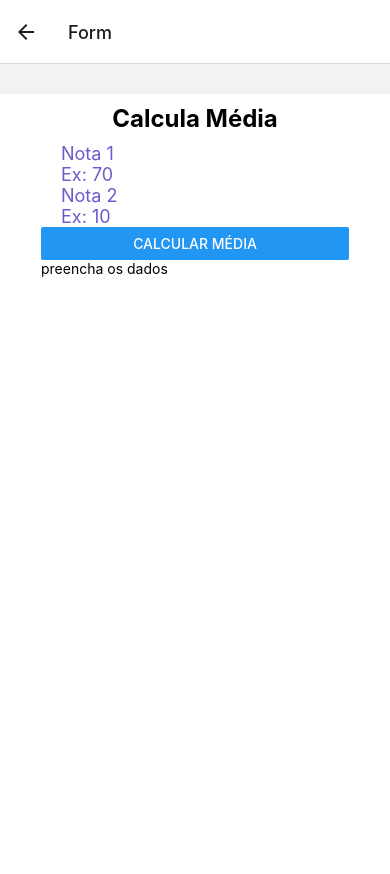
Repository: DS151-UFPR-2023/DS151_Israel-De-Quadros_EX4
Screen: /Form
An editor plug-in stored every save of this project. The screen is shown before and after the next save, followed by the edit.
The app was drawn by React Native's web renderer in a window 390 px wide. The project was rebuilt for these pictures with package versions that can differ from the ones it lists, and the page was loaded fresh each time. Also part of the build but not shown: src/components/main/index.js, src/components/novoComponente/index.js, src/components/counterScreen.js, src/components/ColorList.js.

Above is the screen before, as saved 2023-09-08 18:29:10.

After the next save:
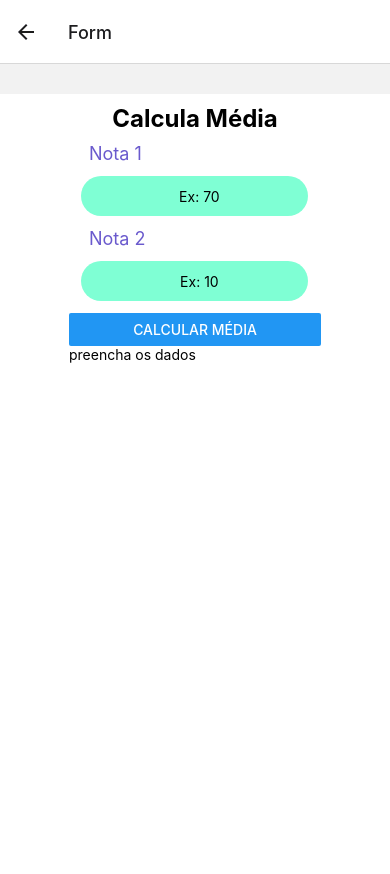
Saved 11 s later.
--- a/src/components/form/index.js
+++ b/src/components/form/index.js
@@ -36,9 +36,9 @@ export default function Form() {
             <Title/>
             <View>
                 <Text style={styles.formLabel}>Nota 1</Text>
-                <TextInput style={styles.formLabel} onChangeText={setmedia1} value={media1} placeholder="Ex: 70" keyboardType="numeric"></TextInput>
+                <TextInput style={styles.input} onChangeText={setmedia1} value={media1} placeholder="Ex: 70" keyboardType="numeric"></TextInput>
                 <Text style={styles.formLabel}>Nota 2</Text>
-                <TextInput style={styles.formLabel} onChangeText={setmedia2} value={media2}  placeholder="Ex: 10" keyboardType="numeric"></TextInput>
+                <TextInput style={styles.input} onChangeText={setmedia2} value={media2}  placeholder="Ex: 10" keyboardType="numeric"></TextInput>
                 <Button onPress={() => validationmedia()} title="Calcular Média" />
                 <ResultMedia messageResultmedia={messagemedia} resultmedia={media}></ResultMedia>
             </View>
